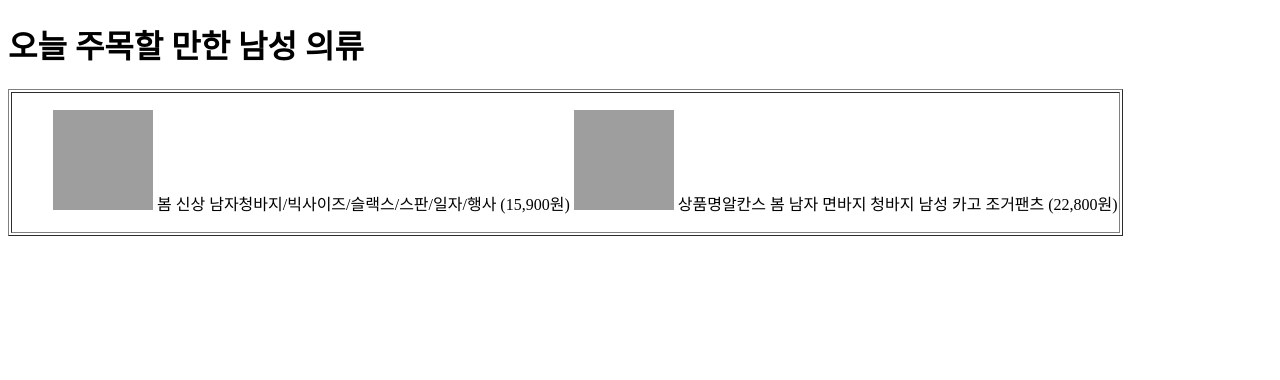
Repository: bjKim2/JSP
Page: HTML/src/main/webapp/Ex02.html
The author's editor kept a copy of each file at every save. The page is drawn from the files as they stood at one save, then again after the next save.
The browser window is 1280 px wide. The pictures show the whole page.
Pictures or frames that could not be fetched are drawn as grey boxes.

Above is the page before, as saved 2022-03-15 03:34:15.

### HTML/src/main/webapp/Ex02.html
<!DOCTYPE html>
<html>
	<head>
	<meta charset="UTF-8">
	<title>Ex02</title>
	</head>
	<body>
		<h1> 오늘 주목할 만한 남성 의류 </h1>

		<table border  = '1'>
			<tr>
				<td>

					<ul>
						<li1>
							<img alt='청바지1' src ='https://gdimg.gmarket.co.kr/528849355/still/280?ver=1647052830' width= 100 height = 100>
							봄 신상 남자청바지/빅사이즈/슬랙스/스판/일자/행사 (15,900원)
						</li1>
						<li2>
							<img alt='면바지1' src ='https://gdimg.gmarket.co.kr/1484539439/still/280?ver=1631235575' width= 100 height = 100>
							상품명알칸스 봄 남자 면바지 청바지 남성 카고 조거팬츠 (22,800원)
						</li2>

					</ul>



				</td>

			</tr>



		</table>

	</body>
</html>

After the next save:
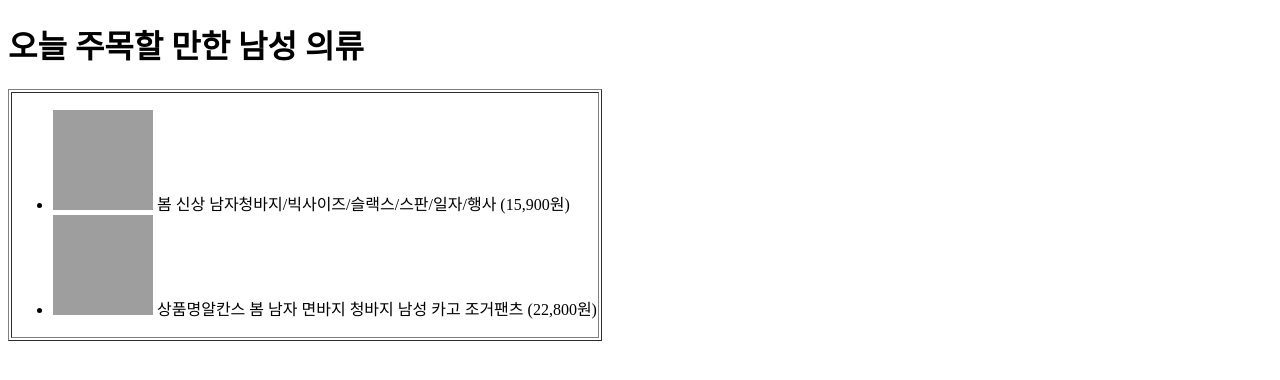
Saved 16 s later.
--- a/HTML/src/main/webapp/Ex02.html
+++ b/HTML/src/main/webapp/Ex02.html
@@ -12,14 +12,14 @@
 				<td>
 
 					<ul>
-						<li1>
+						<li>
 							<img alt='청바지1' src ='https://gdimg.gmarket.co.kr/528849355/still/280?ver=1647052830' width= 100 height = 100>
 							봄 신상 남자청바지/빅사이즈/슬랙스/스판/일자/행사 (15,900원)
-						</li1>
-						<li2>
+						</li>
+						<li>
 							<img alt='면바지1' src ='https://gdimg.gmarket.co.kr/1484539439/still/280?ver=1631235575' width= 100 height = 100>
 							상품명알칸스 봄 남자 면바지 청바지 남성 카고 조거팬츠 (22,800원)
-						</li2>
+						</li>
 
 					</ul>
 
